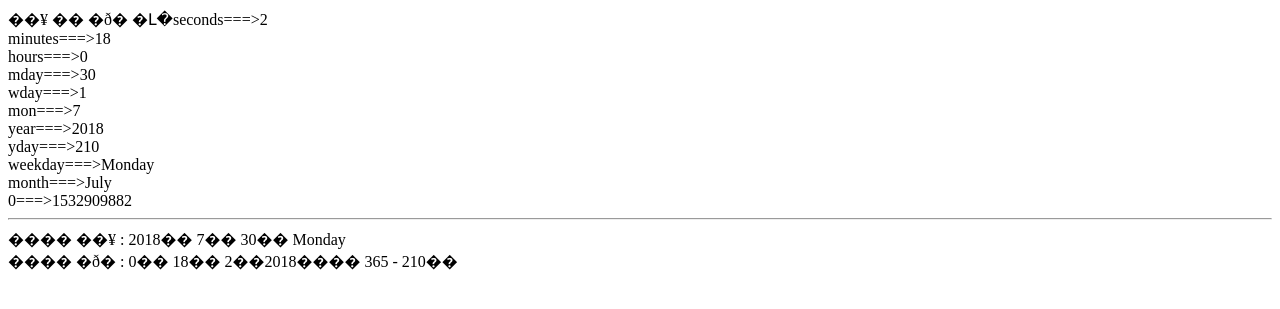
Repository: 2ujin/2018-PHP-afterschool
Page: http://localhost/CH08/01_getdate.php
An editor plug-in stored every save of this project. The page is shown before and after the next save, followed by the edit.
The browser window is 1280 px wide. The pictures show the whole page.
The page is run by PHP 8.4 with error messages shown; the project is at /var/www/html/.

Above is the page before, as saved 2018-08-01 00:31:51.

### PHPStudy/CH08/01_getdate.php
<?php

echo "날짜 및 시간 함수";

$today = getdate();

foreach($today as $key=>$value)
    echo $key."===>".$value."<br>";

    echo "<hr>";

    echo "오늘 날짜 : $today[year]년 $today[mon]월 $today[mday]일 $today[weekday] <br> ";
    echo "지금 시간 : $today[hours]시 $today[minutes]분 $today[seconds]초";
    echo "$today[year]년이 365 - $today[yday]년";

    ?>

After the next save:
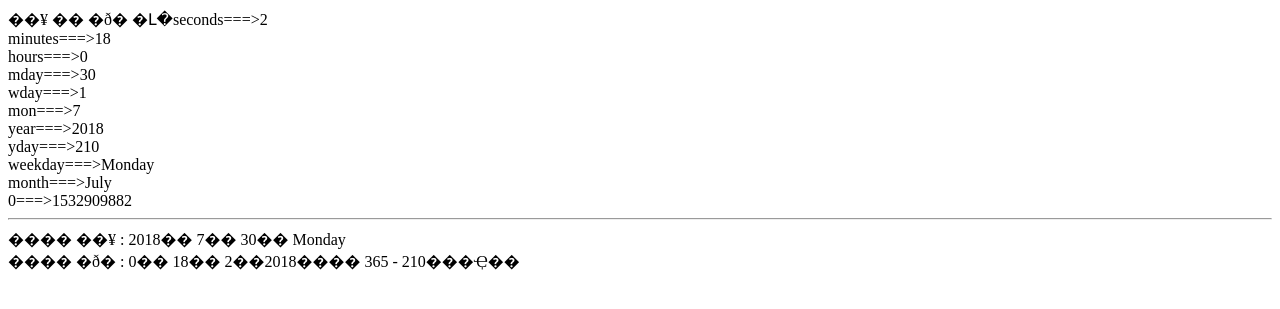
Saved 4 s later.
--- a/PHPStudy/CH08/01_getdate.php
+++ b/PHPStudy/CH08/01_getdate.php
@@ -11,6 +11,6 @@ foreach($today as $key=>$value)
 
     echo "오늘 날짜 : $today[year]년 $today[mon]월 $today[mday]일 $today[weekday] <br> ";
     echo "지금 시간 : $today[hours]시 $today[minutes]분 $today[seconds]초";
-    echo "$today[year]년이 365 - $today[yday]년";
+    echo "$today[year]년이 365 - $today[yday]남았어요";
 
     ?>
